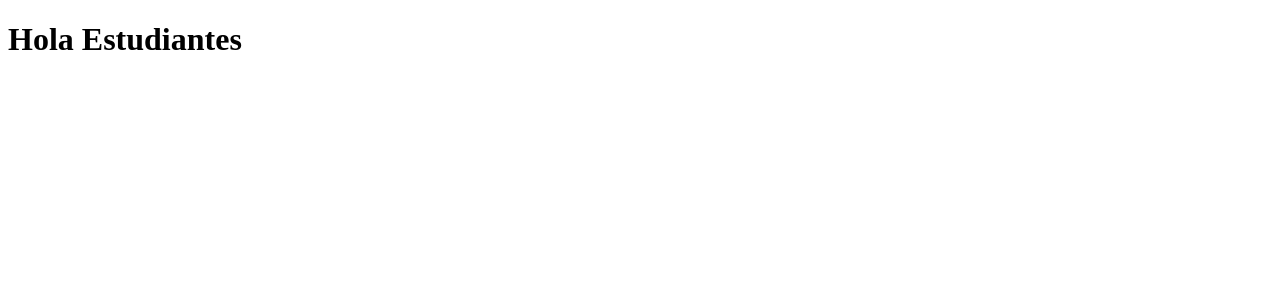
Repository: Danielcruz99/repo-aws-15
Page: register.html
An editor plug-in stored every save of this project. The page is shown before and after the next save, followed by the edit.
The browser window is 1280 px wide. The pictures show the whole page.

Above is the page before, as saved 2024-09-10 13:20:57.

After the next save:
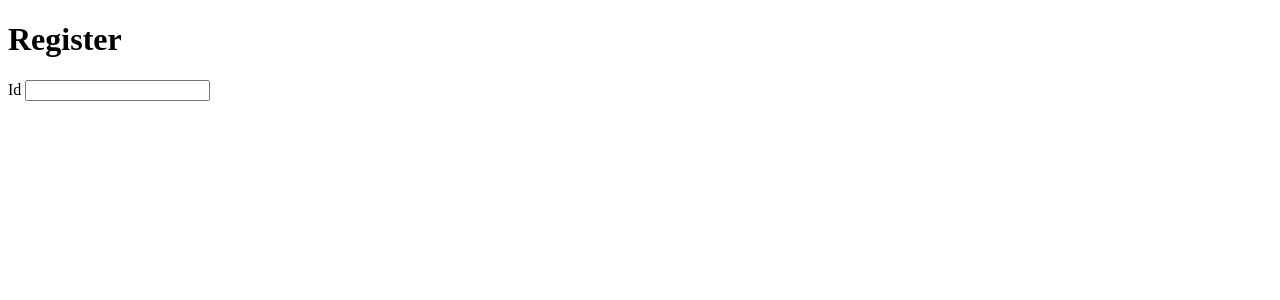
Saved 4 min 0 s later.
--- a/register.html
+++ b/register.html
@@ -6,6 +6,11 @@
     <title>Document</title>
 </head>
 <body>
-    <h1> Hola Estudiantes </h1>
+    <h1> Register </h1>
+    <form>
+        <label> Id </label> <input>
+
+
+    </form>
 </body>
 </html>
